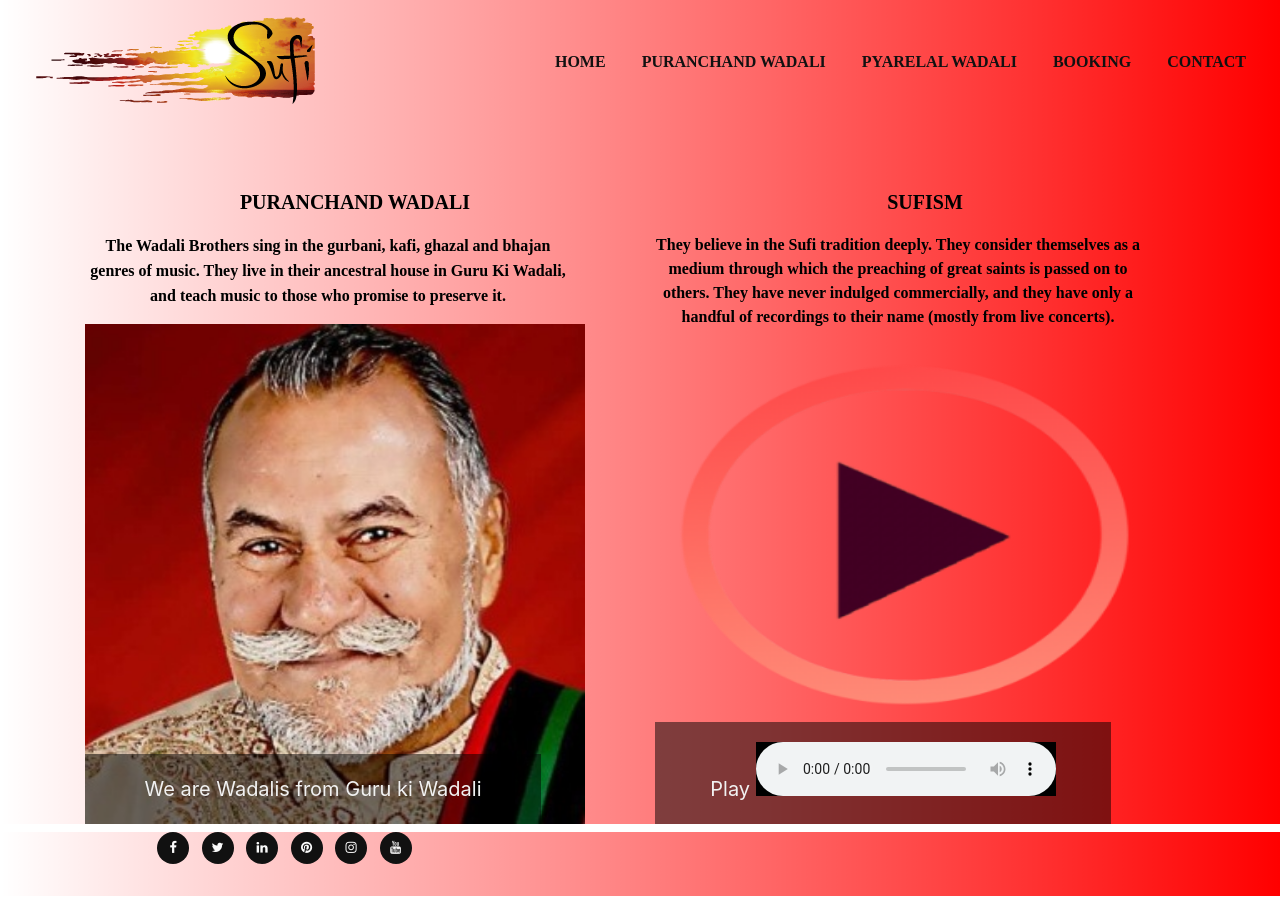
Repository: hankanallt/Wadalis
Page: puran.html
The author's editor kept a record of every edit. The page is drawn from the files as they stood at one moment, then again after the next edit.
The browser window is 1280 px wide. The pictures show the whole page.

Above is the page before.

### puran.html
<!DOCTYPE html>
<html lang="en">
<head>
    <meta charset="UTF-8">
    <meta name="viewport" content="width=device-width, initial-scale=1.0">
    <meta http-equiv="X-UA-Compatible" content="ie=edge">
     <link rel="stylesheet" href="style.css" type="text/css" />
    <link rel="stylesheet" href="https://stackpath.bootstrapcdn.com/bootstrap/4.3.1/css/bootstrap.min.css" integrity="sha384-ggOyR0iXCbMQv3Xipma34MD+dH/1fQ784/j6cY/iJTQUOhcWr7x9JvoRxT2MZw1T" crossorigin="anonymous">
    <script src="https://code.jquery.com/jquery-3.3.1.slim.min.js" integrity="sha384-q8i/X+965DzO0rT7abK41JStQIAqVgRVzpbzo5smXKp4YfRvH+8abtTE1Pi6jizo" crossorigin="anonymous"></script>
    <script src="https://cdnjs.cloudflare.com/ajax/libs/popper.js/1.14.7/umd/popper.min.js" integrity="sha384-UO2eT0CpHqdSJQ6hJty5KVphtPhzWj9WO1clHTMGa3JDZwrnQq4sF86dIHNDz0W1" crossorigin="anonymous"></script>
    <script src="https://stackpath.bootstrapcdn.com/bootstrap/4.3.1/js/bootstrap.min.js" integrity="sha384-JjSmVgyd0p3pXB1rRibZUAYoIIy6OrQ6VrjIEaFf/nJGzIxFDsf4x0xIM+B07jRM" crossorigin="anonymous"></script>
    <link rel="stylesheet" href="https://stackpath.bootstrapcdn.com/font-awesome/4.7.0/css/font-awesome.min.css" type="text/css" />

    <title>Wadali Bros</title>

</head>
<body>
       <section id=" nav-bar" >
  <nav class="navbar navbar-expand-lg navbar-light">
  <a class="navbar-brand" href="#"><img src="images/Logo-sufi.png"></a>

  <button class="navbar-toggler" type="button" data-toggle="collapse" data-target="#navbarNav"
  aria-controls="navbarNav" aria-expanded="false" aria-label="Toggle navigation">
    <i class="fa fa-bars"></i>
  </button>

  <div class="collapse navbar-collapse" id="navbarNav">
    <ul class="navbar-nav ml-auto">

      <li class="nav-item">
        <a class="nav-link" href="index.html">HOME</a>
      </li>
      <li class="nav-item">
        <a class="nav-link" href="puran.html">PURANCHAND WADALI</a>
      </li>
      <li class="nav-item">
        <a class="nav-link" href="pyare.html">PYARELAL WADALI</a>
      </li>
      <li class="nav-item">
        <a class="nav-link" href="book.html">BOOKING</a>
      </li>
      <li class="nav-item">
        <a class="nav-link" href="contact.html">CONTACT</a>
      </li>
    </ul>
  </div>
</nav>
    </section>

  <!-----------------banner--------------------->

   <section id= "banner" >
    <div class="container">
      <div class="row">
        <div class="col-md-6">

          <p class="title"><a href="https://en.wikipedia.org/wiki/Wadali_Brothers">PURANCHAND WADALI</p>
          <p class="center">The Wadali Brothers sing in the gurbani, kafi, ghazal and bhajan genres of music. They live in their ancestral house in Guru Ki Wadali,
          and teach music to those who promise to preserve it.</a>
          </p>
          <a href="#"><img src="images/puran.jpg" width="500"></a>
          <div class="overlay">We are Wadalis from Guru ki Wadali
          </div>

          </div>

          <div class="col-md-6">
          <p class="title"><a href="https://www.livemint.com/Leisure/Sfd2eI5TB4rIz2uUtXyEzM/We-own-the-night-The-Wadali-Brothers-in-concert.html">SUFISM</p>
          <p class="center">They believe in the Sufi tradition deeply. They consider themselves as a medium through which the preaching of great saints is passed on to others.
          They have never indulged commercially, and they have only a handful of recordings to their name (mostly from live concerts).</p>

          <a href="#"><img src="images/play button.png" onClick="document.getElementById('audio_play').play(); return false;"  width="500" height="380"></a>
          <div class="overlay">Play
          <audio id="audio_play" controls id="controls">
          <source src="instrumental.mp3" type="audio/mpeg" />
          </audio>
          </div>

        </div>
      </div>
    </div>
  </section>

   <footer class="mainfooter">
    <div class="col-sm-4" ml-auto>
                <h5 class="uppercase general-sub"></h5>
                <ul class="list-inline social-links">
                    <li class="list-inline-item">
                        <a target="_blank" href="https://www.facebook.com/thewadalibrothers/">
                            <i class="fa fa-facebook" aria-hidden="true"></i>
                            <span class="sr-only">Facebook</span>
                        </a>
                    </li>
                    <li class="list-inline-item">
                        <a target="_blank" href="https://twitter.com/wadalibrothers?lang=en">
                            <i class="fa fa-twitter" aria-hidden="true"></i>
                            <span class="sr-only">Twitter</span>
                        </a>
                    </li>
                    <li class="list-inline-item">
                        <a target="_blank" href="https://in.linkedin.com/in/wadali-brothers-322633147">
                            <i class="fa fa-linkedin" aria-hidden="true"></i>
                            <span class="sr-only">LinkedIn</span>
                        </a>
                    </li>
                    <li class="list-inline-item">
                        <a target="_blank" href="https://in.pinterest.com/wadalibrothers/">
                            <i class="fa fa-pinterest" aria-hidden="true"></i>
                            <span class="sr-only">Pinterest</span>
                        </a>
                    </li>
                    <li class="list-inline-item">
                        <a target="_blank" href="https://www.instagram.com/explore/tags/wadalibrothers/">
                            <i class="fa fa-instagram" aria-hidden="true"></i>
                            <span class="sr-only">Instagram</span>
                        </a>
                    </li>
                    <li class="list-inline-item">
                        <a target="_blank" href="https://www.youtube.com/watch?v=tL5sYdlk20I">
                            <i class="fa fa-youtube" aria-hidden="true"></i>
                            <span class="sr-only">YouTube</span>
                        </a>
                    </li>
                </ul>
            </div>

    </footer>
</body>
</html>

### style.css
*
{
    margin:0;
    padding: 0;
}

.body
{
    font-family: sans-serif;
}

#nav-bar
{
    position: absolute;
    top: 0;
    z-index: auto;
}

.navbar
{
 background-image: linear-gradient(to right, rgba(255,0,0,0), rgba(255,0,0,1));
}

.navbar-brand-img
{
    height: 15%;
    padding-left: 20;
    resize: auto;
    transform: translate(200px, 150px)rotate(20deg)
}

.navbar-nav li
{
    padding: 0 10px;
}

.navbar-nav li a
{
color : #111111 !important ;
font-weight : 600;
font-family: cursive;
float: right;
text-align: left;

}

.navbar-nav li a i:hover {
    background: #111111;
    transition: all 0.35s ease-in-out;
    -moz-transition: all 0.35s ease-in-out;
    -webkit-transition: all 0.35s ease-in-out;
    -o-transition: all 0.35s ease-in-out;

}

.fa-bars
{
    color: #fff;
    font-size: 30px;
}

.navbar-toggler{
    outline: none;
}

.center
{
    text-align: center;
    width: 90%;

}

.p
{
    background-color: silver;
    color: blue;

}

#banner
{
    background-image: linear-gradient(to right, rgba(255,0,0,0), rgba(255,0,0,1));
    padding-top: 5%;
    background-position: center;
    background-repeat: no-repeat;
    background-size: cover;
    min-height: 360px;
    transition: all .5s ease-in-out;
    -moz-transition: all .5s ease-in-out;
    -webkit-transition: all .5s ease-in-out;
}

.title
{
    font-size: 20px;
    font-weight: 500;
    text-align: center;
    display: block;
}

.img{
    border-color: black;
    border-radius: 2px;

}

.img1{
    border-color: black;
    border-radius: 2px;

}

.controls{
    color:transparent;
}
.overlay {
position: absolute;
  bottom: 0;
  background: rgb(0, 0, 0);
  background: rgba(0, 0, 0, 0.5); /* Black see-through */
  color: #f1f1f1;
  width: 80%;
  transition: .5s ease;
  opacity:5;
  font-size: 20px;
  padding: 20px;
  text-align: center;
}

/* When you mouse over the container, fade in the overlay title */

.container:hover .overlay {
  opacity: 5;
  transition: ease-in-out;
}



#banner a
{
    color: black;
    text-decoration: none;
    font-family: cursive;
    font-weight: bold;
}

/*-------------------------------footer*/

.mainfooter
{
  background-image: linear-gradient(to right, rgba(255,0,0,0), rgba(255,0,0,1));
  padding-bottom: 5%;
  margin: auto;
}

#audio_play{
    background-color:black;

}
/*-------------------------social links----------*/


.social-links {
    padding-bottom: 15px;
    float: right;
}



.social-links li a i {
    width: 32px;
    height: 32px;
    padding: 12px 0;
    border-radius: 50%;
    font-size: 13px;
    line-height: 7px;
    text-align: center;
    color: #fafafa;
    background: #111111;
    transition: all 0.35s ease-in-out;
    -moz-transition: all 0.35s ease-in-out;
    -webkit-transition: all 0.35s ease-in-out;
    -o-transition: all 0.35s ease-in-out;
}


.social-links li a i:hover {
    background: #e84610;
}
.foot{
    float: right;
    margin-right: 50px;
}

/*-----------------contact form-----------*/

.contact-form{
    margin-top: 100px;
    color: black;
    text-transform: inherit;
    transition: all 4s ease-in-out;

}

.contact-form h1{
    font-size: 20px;
    line-height: 10px;

}

.contact-form h2{
    font-size: 10px;
}

.form{
    margin-top: 50px;
     transition: all 4s ease-in-out;

}

.formcontrol{
    width: 600px;
    border-bottom: 2px solid;
    color: black;
    font-size: 18px;
    margin-bottom: 16px;
    font-weight: bold

}

.formcontrol1{
    background-color: transparent;
    border-color: black;
    font-size: 20px;
    font-weight: bold;
    letter-spacing: 2px;
    height: 50px;
    margin-top: 20px;



}

.formcontrol1:hover{
    background-color: pink;
    cursor: pointer;
}

@media(min-width: 900px){
    .center-form{
    padding-top: 30;
    min-height: 240px;
    margin: 0 auto;
    max-width: 50%;
}
}

After the next edit:
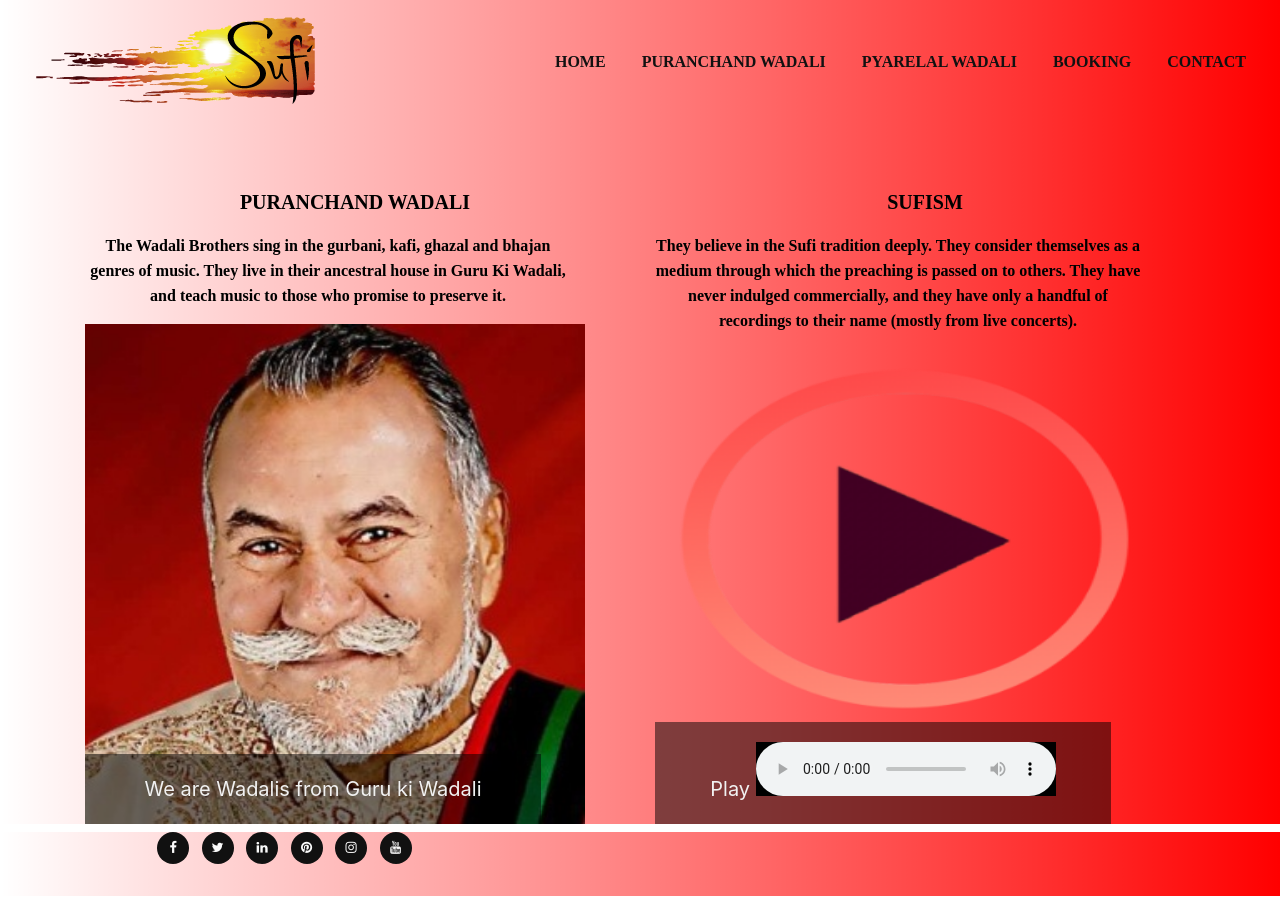
The edit:
--- a/puran.html
+++ b/puran.html
@@ -66,8 +66,8 @@
 
           <div class="col-md-6">
           <p class="title"><a href="https://www.livemint.com/Leisure/Sfd2eI5TB4rIz2uUtXyEzM/We-own-the-night-The-Wadali-Brothers-in-concert.html">SUFISM</p>
-          <p class="center">They believe in the Sufi tradition deeply. They consider themselves as a medium through which the preaching of great saints is passed on to others.
-          They have never indulged commercially, and they have only a handful of recordings to their name (mostly from live concerts).</p>
+          <p class="center">They believe in the Sufi tradition deeply. They consider themselves as a medium through which the preaching is passed on to others.
+          They have never indulged commercially, and they have only a handful of recordings to their name (mostly from live concerts).</a></p>
 
           <a href="#"><img src="images/play button.png" onClick="document.getElementById('audio_play').play(); return false;"  width="500" height="380"></a>
           <div class="overlay">Play
